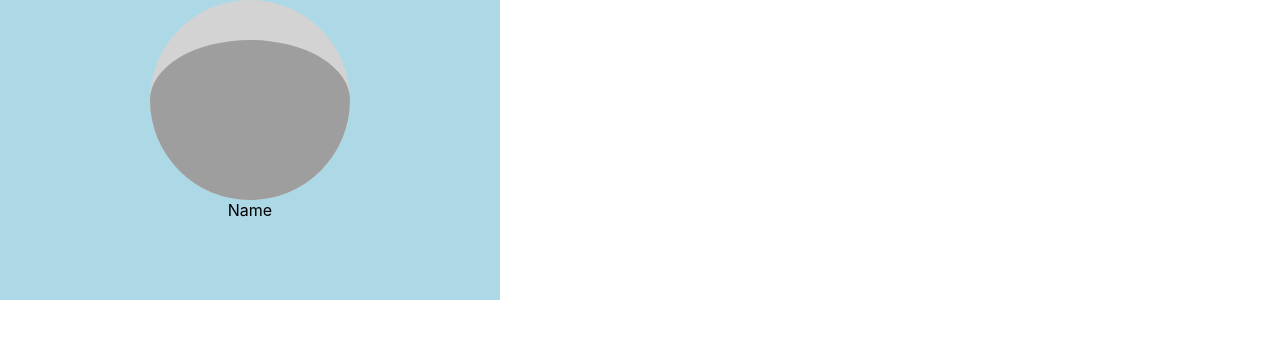
Repository: YEOMJINSEOP/React
Page: / (app in simpleExample/nameCard/)
An editor plug-in stored every save of this project. The page is shown before and after a run of saves, followed by the edit.
The browser window is 1280 px wide. The pictures show the whole page.
Pictures or frames that could not be fetched are drawn as grey boxes. The project was rebuilt for these pictures with package versions that can differ from the ones it lists, and the page was loaded fresh each time. Also part of the build but not shown: simpleExample/nameCard/src/app.css.

Above is the page before, as saved 2023-01-06 14:53:29.

After the next 2 saves:
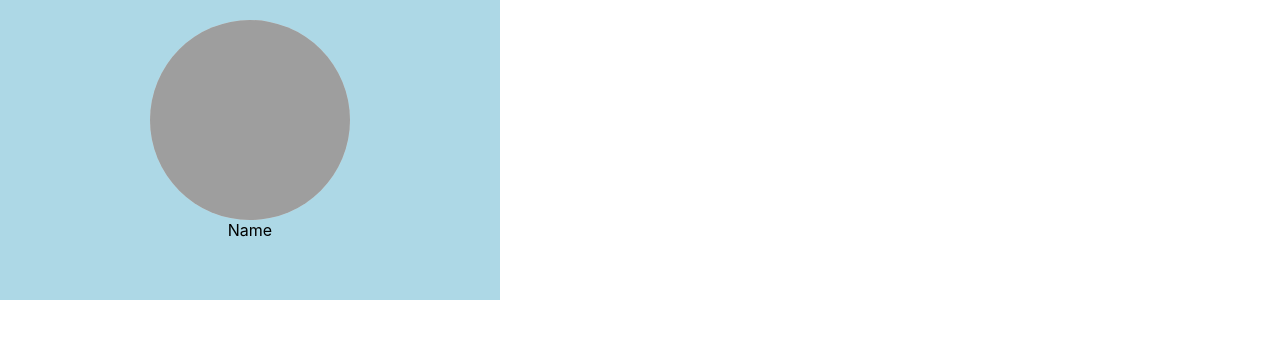
The 2 saves are shown as one change because they came seconds apart.
The last was saved 8 s later.
--- a/simpleExample/nameCard/src/nameCard.module.css
+++ b/simpleExample/nameCard/src/nameCard.module.css
@@ -13,5 +13,5 @@
   width: 200px;
   height: 200px;
   border-radius: 100%;
-  padding-top: 40px;
+  margin-top: 20px;
 }
